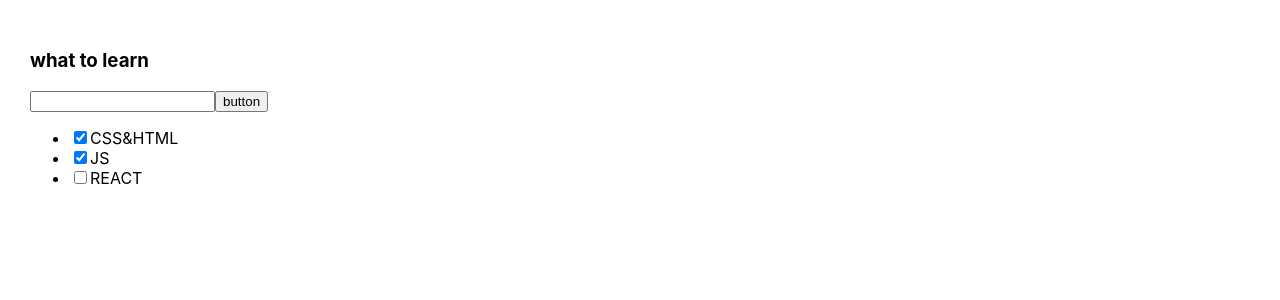
Repository: Grid-Master/myTrello
Page: /
An editor plug-in stored every save of this project. The page is shown before and after the next save, followed by the edit.
The browser window is 1280 px wide. The pictures show the whole page.
The project was rebuilt for these pictures with package versions that can differ from the ones it lists, and the page was loaded fresh each time.

Above is the page before, as saved 2023-01-15 16:05:35.

After the next save:
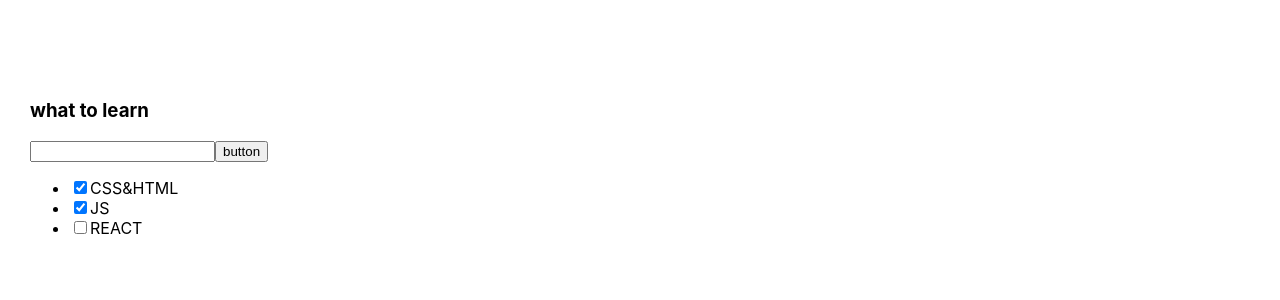
Saved 22 s later.
--- a/src/App.css
+++ b/src/App.css
@@ -3,5 +3,6 @@
  display: flex;
 }
 
-
+.App>div {
+  margin-top: 50px;
 }
